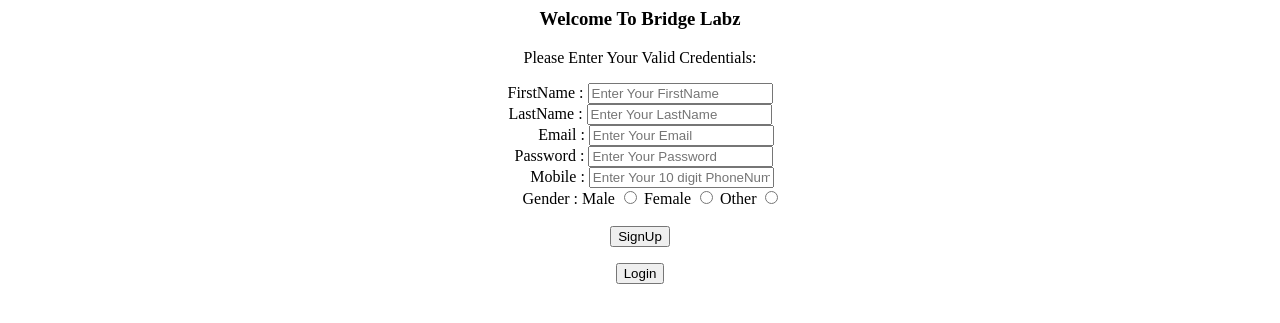
Repository: msibgathulla9980/Servlet
Page: ServletJdbcApp/WebContent/Registration.html
These files come from the project's save history. The page is drawn as it stood at one moment and after the next save; the edit follows.
The browser window is 1280 px wide. The pictures show the whole page.

Above is the page before, as saved 2019-01-24 04:34:17.

After the next save:
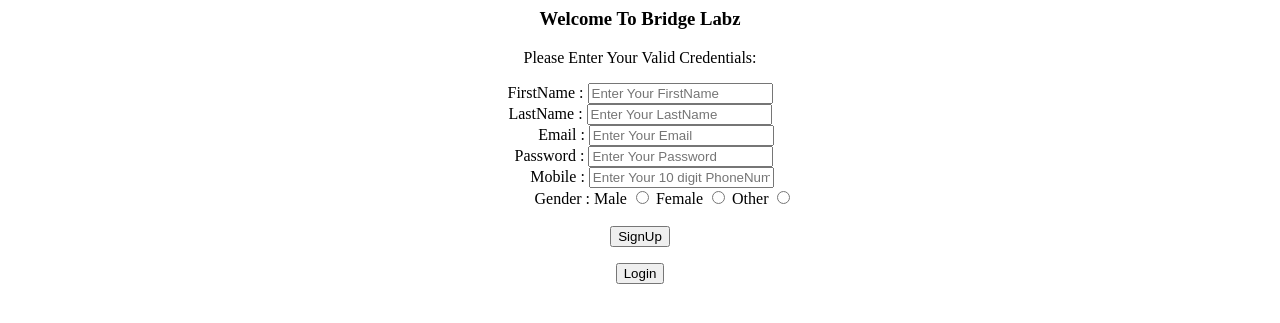
Saved 6 s later.
--- a/ServletJdbcApp/WebContent/Registration.html
+++ b/ServletJdbcApp/WebContent/Registration.html
@@ -12,7 +12,7 @@
 &nbsp;&nbsp;&nbsp;&nbsp;&nbsp;&nbsp;&nbsp;&nbsp;Email : <input type="email" name="email" placeholder="Enter Your Email" required/><br>
 &nbsp;&nbsp;Password : <input type="password" name="password" placeholder="Enter Your Password" required/><br>
 &nbsp;&nbsp;&nbsp;&nbsp;&nbsp;&nbsp;Mobile   : <input type="text" name="phoneNumber" placeholder="Enter Your 10 digit PhoneNumber" required/><br>
-&nbsp;&nbsp;&nbsp;&nbsp;&nbsp;&nbsp;Gender   :
+&nbsp;&nbsp;&nbsp;&nbsp;&nbsp;&nbsp;&nbsp;&nbsp;&nbsp;&nbsp;&nbsp;&nbsp;Gender   :
 <label for="male">Male</label>
   <input type="radio" name="gender" id="male" value="male" >
   <label for="female">Female</label>
